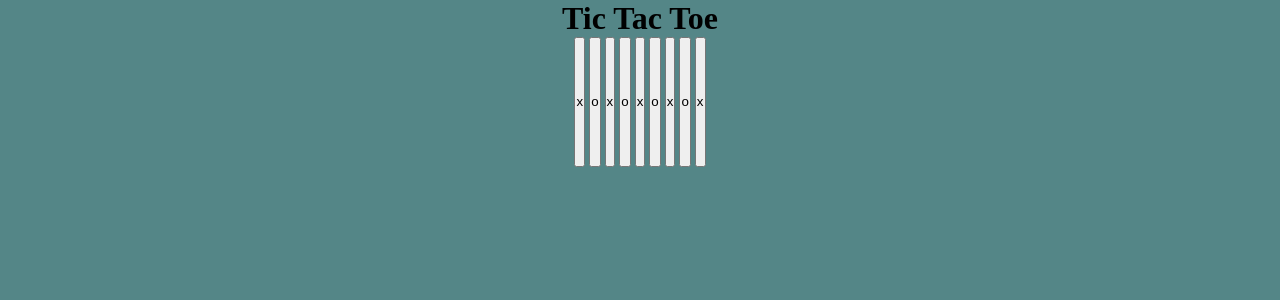
Repository: Mohitkumar1322/FrontendPracticee
Page: TicTacToeProject/index.html
The author's editor kept a copy of each file at every save. The page is drawn from the files as they stood at one save, then again after a run of saves.
The browser window is 1280 px wide. The pictures show the whole page.

Above is the page before, as saved 2025-07-21 18:45:19.

After the next 4 saves:
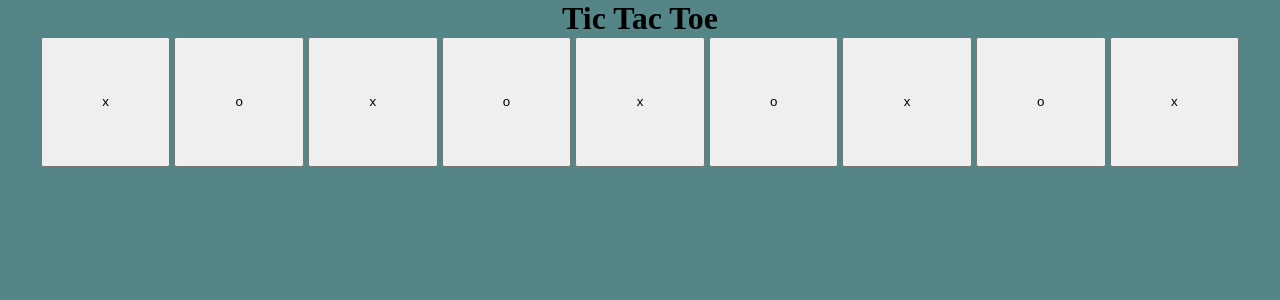
The 4 saves are shown as one change because they came seconds apart.
The last was saved 57 s later.
--- a/TicTacToeProject/style.css
+++ b/TicTacToeProject/style.css
@@ -21,4 +21,6 @@
 
 .box{
     height: 18vmin;
+    width: 18vmin;
+
 }
